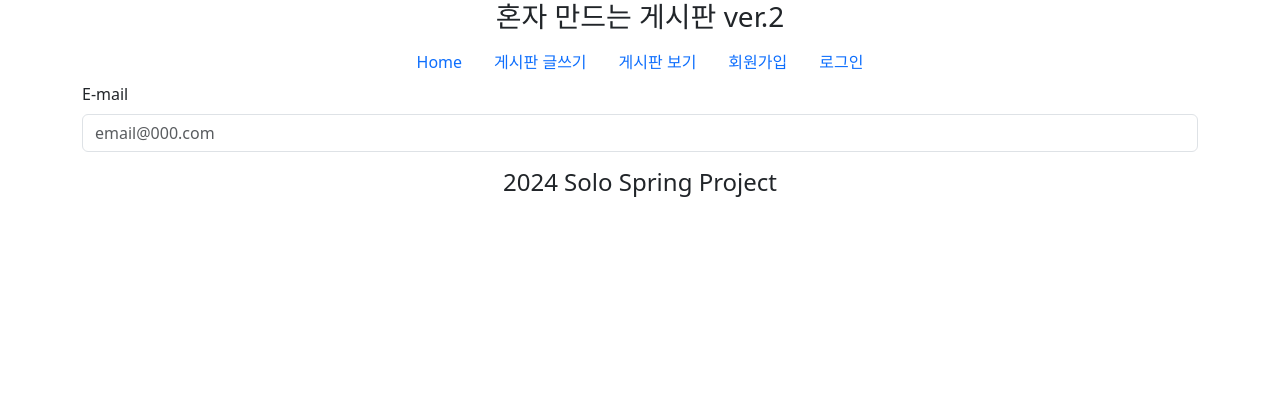
Repository: nefer2/Spring_test
Page: http://localhost/spring_test7/WEB-INF/views/member/register.jsp
An editor plug-in stored every save of this project. The page is shown before and after the next save, followed by the edit.
The browser window is 1280 px wide. The pictures show the whole page.
The page is served by Tomcat 9. Nobody is signed in. Other server files are loaded and not shown. The template is opened directly, without the code that normally fills it, so the values that code supplies are empty.

Above is the page before, as saved 2024-01-19 05:29:13.

### spring_test7/src/main/webapp/WEB-INF/views/member/register.jsp
<%@ page language="java" contentType="text/html; charset=UTF-8"
	pageEncoding="UTF-8"%>
<%@ taglib uri="http://java.sun.com/jsp/jstl/core" prefix="c"%>

<jsp:include page="../layout/header.jsp"></jsp:include>
<jsp:include page="../layout/navbar.jsp"></jsp:include>

<div class="container-md">


<form action="/member/register" method="post">
	<div class="mb-3">
		<label for="email" class="form-label">E-mail</label>
		<input type="email" name="email" class="form-control" id="email" placeholder="email@000.com">
	</div>










</form>
</div>
<jsp:include page="../layout/footer.jsp"></jsp:include>

### spring_test7/src/main/webapp/WEB-INF/views/layout/header.jsp
<%@ page language="java" contentType="text/html; charset=UTF-8"
    pageEncoding="UTF-8"%>
<!DOCTYPE html>
<html>
<head>
<h3 style="text-align: center;">혼자 만드는 게시판 ver.2</h3>
</head>

### spring_test7/src/main/webapp/WEB-INF/views/layout/navbar.jsp
<%@ page language="java" contentType="text/html; charset=UTF-8"
    pageEncoding="UTF-8"%>


<script src="https://cdn.jsdelivr.net/npm/bootstrap@5.3.1/dist/js/bootstrap.bundle.min.js" integrity="sha384-HwwvtgBNo3bZJJLYd8oVXjrBZt8cqVSpeBNS5n7C8IVInixGAoxmnlMuBnhbgrkm" crossorigin="anonymous"></script>
<link href="https://cdn.jsdelivr.net/npm/bootstrap@5.3.1/dist/css/bootstrap.min.css" rel="stylesheet" integrity="sha384-4bw+/aepP/YC94hEpVNVgiZdgIC5+VKNBQNGCHeKRQN+PtmoHDEXuppvnDJzQIu9" crossorigin="anonymous">


<ul class="nav justify-content-center">

  <li class="nav-item">
    <a class="nav-link active" aria-current="page" href="/">Home</a>
  </li>
  <li class="nav-item">
    <a class="nav-link" href="/board/register">게시판 글쓰기</a>
  </li>
  <li class="nav-item">
    <a class="nav-link" href="/board/list">게시판 보기</a>
  </li>
    <li class="nav-item">
    <a class="nav-link" href="#">회원가입</a>
  </li>
    <li class="nav-item">
    <a class="nav-link" href="#">로그인</a>
  </li>
</ul>

### spring_test7/src/main/webapp/WEB-INF/views/layout/footer.jsp
<%@ page language="java" contentType="text/html; charset=UTF-8"
    pageEncoding="UTF-8"%>




<div><h4 style="text-align: center;">2024 Solo Spring Project</h4></div>

</body>
</html>

After the next save:
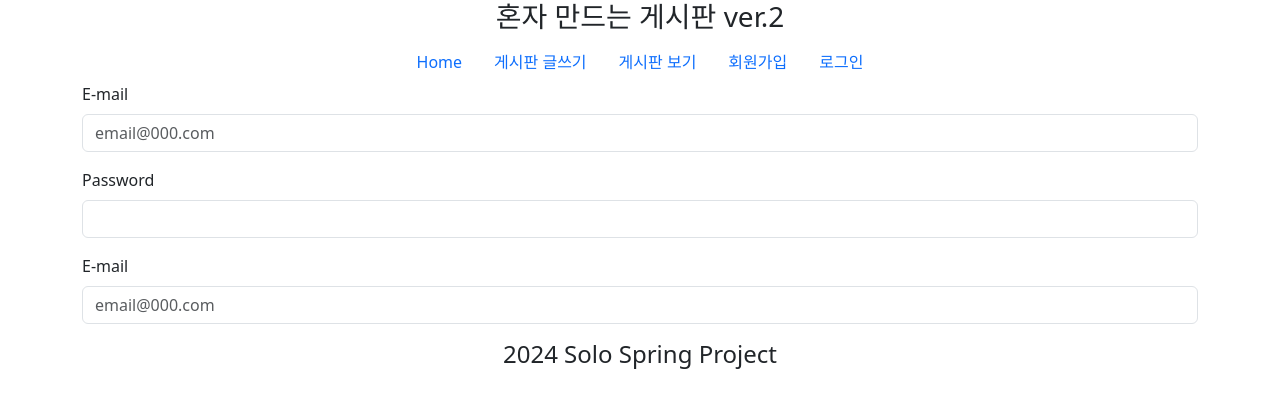
Saved 35 s later.
--- a/spring_test7/src/main/webapp/WEB-INF/views/member/register.jsp
+++ b/spring_test7/src/main/webapp/WEB-INF/views/member/register.jsp
@@ -13,8 +13,14 @@
 		<label for="email" class="form-label">E-mail</label>
 		<input type="email" name="email" class="form-control" id="email" placeholder="email@000.com">
 	</div>
-
-
+	<div class="mb-3">
+		<label for="password" class="form-label">Password</label>
+		<input type="password" name="pwd" class="form-control" id="pwd" >
+	</div>
+	<div class="mb-3">
+		<label for="email" class="form-label">E-mail</label>
+		<input type="email" name="email" class="form-control" id="email" placeholder="email@000.com">
+	</div>
 
 
 
